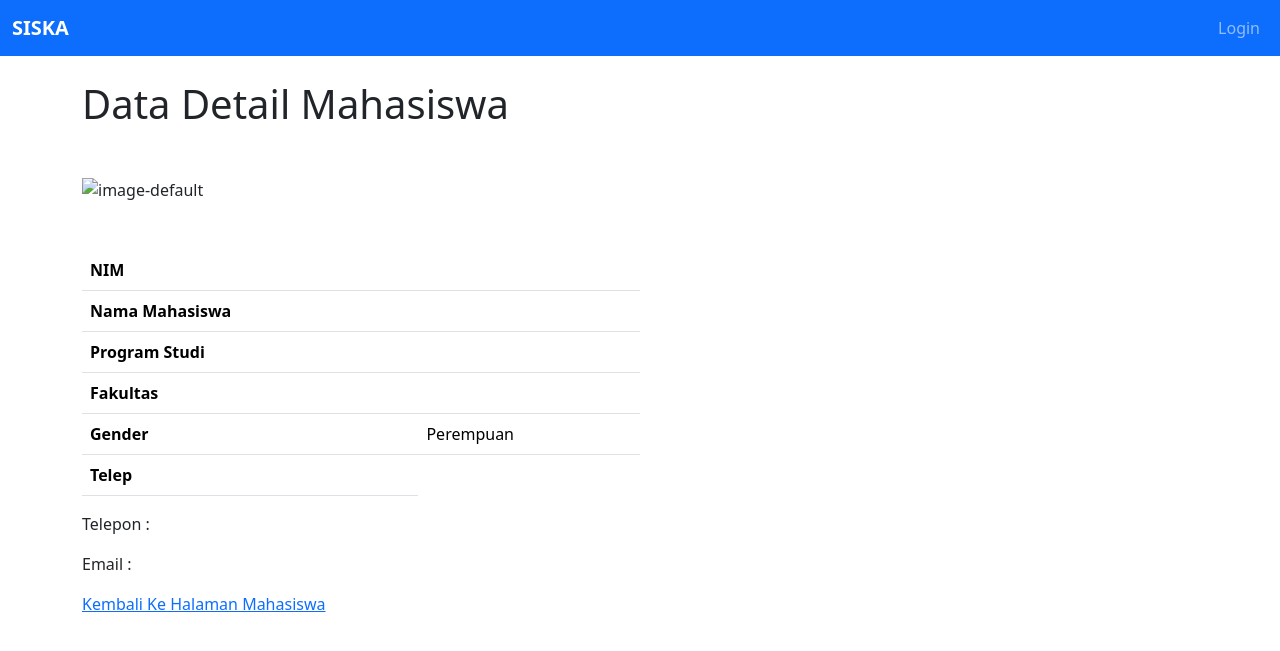
Repository: WiraAtma/administrasi-kampus
Page: resources/views/mahasiswa-detail.blade.php
The author's editor kept a copy of each file at every save. The page is drawn from the files as they stood at one save, then again after the next save.
The browser window is 1280 px wide. The pictures show the whole page.
The page is served by the project's Laravel application, run on PHP 8.4 with Laravel 12. The template is opened directly, without the code that normally fills it, so the values that code supplies are empty.

Above is the page before, as saved 2024-10-26 16:09:38.

After the next save:
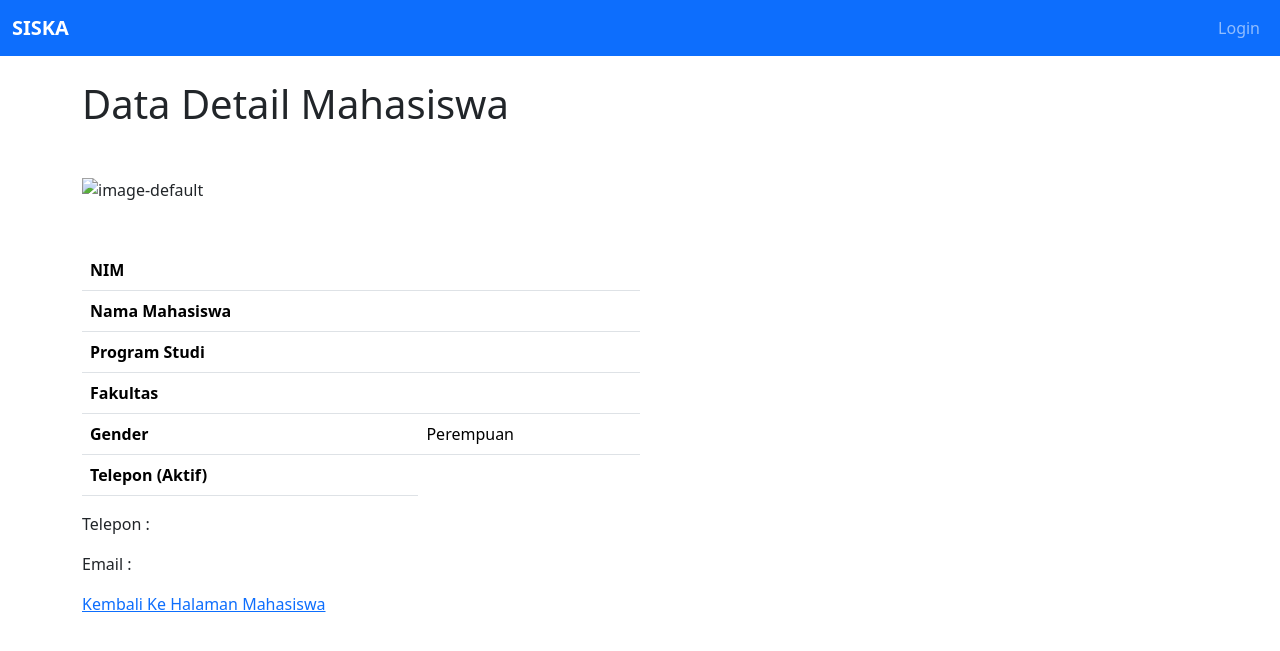
Saved 5 s later.
--- a/resources/views/mahasiswa-detail.blade.php
+++ b/resources/views/mahasiswa-detail.blade.php
@@ -41,7 +41,7 @@
                 </td>
             </tr>
             <tr>
-                <th>Telep</th>
+                <th>Telepon (Aktif)</th>
             </tr>
         </table>
         <p>Telepon : {{ $mahasiswa->phone }}</p>
